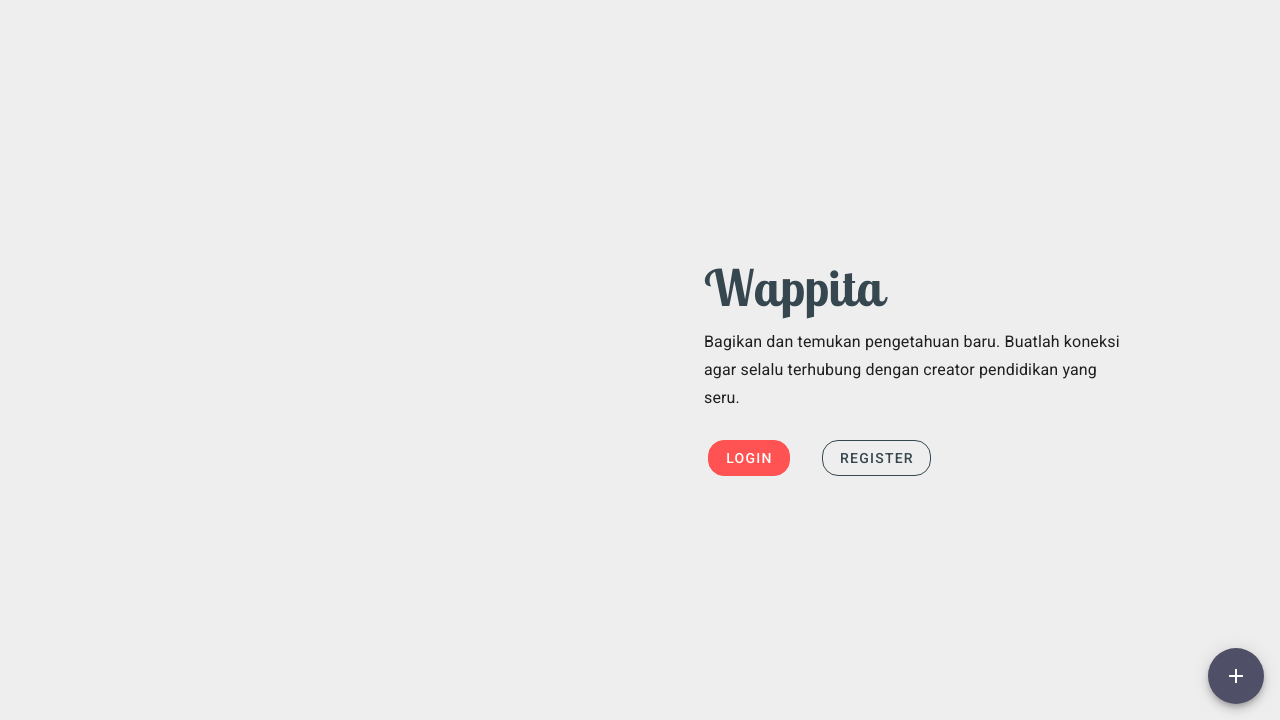
Repository: wildanpurnomo/kulia-fe
Page: /
An editor plug-in stored every save of this project. The page is shown before and after the next save, followed by the edit.
The browser window is 1280 px wide. The pictures show the whole page.
The page's requests for data from a server got no answer. The project was rebuilt for these pictures with package versions that can differ from the ones it lists, and the page was loaded fresh each time. No one was signed in, and anything a server would have sent is missing. Also part of the build but not shown: vue.config.js. Imported but missing from the stored project, and not drawn on this page: src/views/partials/main/MyProfile.vue.

Above is the page before, as saved 2020-11-27 22:50:29.

### src/router/index.js
import Vue from 'vue'
import VueRouter from 'vue-router'
import { landingRouter } from './landing.router'
import { authRouter } from './auth.router'
import { mainRouter } from './main.router'
import { fallbackRouter } from './404.router'

Vue.use(VueRouter)

const routes = [
  landingRouter,
  authRouter,
  mainRouter,
  fallbackRouter
]

const router = new VueRouter({
  mode: 'history',
  base: process.env.BASE_URL,
  routes
})

export default router

### src/store/index.js
import Vue from 'vue'
import Vuex from 'vuex'
import { auth } from './auth.store'
import { content } from './content.store'

Vue.use(Vuex)

export default new Vuex.Store({
  modules: {
    auth,
    content,
  }
})

### src/router/landing.router.js
export const landingRouter = {
    path: '/',
    name: 'Landing',
    component: () => import('@/views/Landing.vue')
}

### src/router/auth.router.js
export const authRouter = {
    path: '',
    component: () => import('@/views/Auth.vue'),
    children: [
        {
            path: '/login',
            name: 'Login',
            component: () => import('@/views/partials/auth/Login.vue')
        },
        {
            path: '/register',
            name: 'Register',
            component: () => import('@/views/partials/auth/Register.vue')
        }
    ]
}

### src/router/main.router.js
export const mainRouter = {
    path: '',
    component: () => import('@/views/Main.vue'),
    children:[
        {
            path: '/home',
            name: 'Home',
            component: () => import('@/views/partials/main/Home.vue')
        },
        {
            path:'/my-content',
            name: 'MyContent',
            component: () => import('@/views/partials/main/MyContent.vue')
        },
        {
            path:'/add-content',
            name: 'AddContent',
            component: () => import('@/views/partials/main/AddContent.vue')
        },
        {
            path:'/edit-content/:contentId',
            name: 'EditContent',
            component: () => import('@/views/partials/main/AddContent.vue')
        },
        {
            path:'/my-profile',
            name: 'MyProfile',
            component: () => import('@/views/partials/main/MyProfile.vue')
        },
        {
            path:'/my-following',
            name: 'MyFollowing',
            component: () => import('@/views/partials/main/MyFollowing.vue')
        }
    ]
}

### src/router/404.router.js
export const fallbackRouter = {
    path: '*',
    name: 'Fallback',
    component: () => import('@/views/404.vue')
}

### src/store/auth.store.js
import AuthService from '@/services/auth.service';
import UserModel from '@/models/user.model';

const initialAuthState = { userData: new UserModel() };

export const auth = {
    namespaced: true,
    state: initialAuthState,
    actions: {
        login({ commit }, userData) {
            return AuthService.login(userData)
                .then(
                    response => {
                        commit('authSuccess', response.data.data);
                        return Promise.resolve(response);
                    },
                    error => {
                        return Promise.reject(error);
                    }
                )
        },
        register({ commit }, userData) {
            return AuthService.register(userData)
                .then(
                    response => {
                        commit('authSuccess', response.data.data);
                        return Promise.resolve(response);
                    },
                    error => {
                        return Promise.reject(error);
                    }
                )
        },
        logout({ commit }) {
            return AuthService.logout()
                .then(
                    response => {
                        commit('logoutSuccess');
                        return Promise.resolve(response);
                    },
                    error => {
                        return Promise.reject(error);
                    }
                );
        },
        authenticate({ commit }) {
            return AuthService.authenticate()
                .then(
                    response => {
                        commit('authSuccess', response.data.data);
                        return Promise.resolve(response);
                    },
                    error => { return Promise.reject(error); }
                )
        },
    },
    mutations: {
        authSuccess(state, userData) {
            state.userData = userData;
        },
        logoutSuccess(state) {
            state.userData = initialAuthState.userData;
        },
    },
    getters: {
        userData: (state) => {
            return state.userData;
        }
    }
}

### src/store/content.store.js
import ContentService from '@/services/content.service';
import ContentModel from '@/models/content.model';

const initialContentState = {
    personalContentList: [],
    detailContent: new ContentModel()
};

export const content = {
    namespaced: true,
    state: initialContentState,
    actions: {
        getContentById({ commit }, contentId) {
            return ContentService.getContentById(contentId)
                .then(
                    response => {
                        commit('updateDetailContent', response.data.data);
                        return Promise.resolve(response);
                    },
                    error => {
                        return Promise.reject(error);
                    }
                )
        },
        getPersonalContent({ commit }) {
            return ContentService.getPersonalContent()
                .then(
                    response => {
                        commit('updatePersonalContentList', response.data.data);
                        return Promise.resolve(response);
                    },
                    error => {
                        return Promise.reject(error);
                    }
                );
        },
        getContentByCreatorId({ commit }, creatorId) {
            return ContentService.getContentByCreatorId(creatorId)
                .then(
                    response => {
                        commit('doNothing');
                        return Promise.resolve(response);
                    },
                    error => {
                        return Promise.reject(error);
                    }
                );
        },
        createContent({ commit }, contentData) {
            return ContentService.createContent(contentData)
                .then(
                    response => {
                        commit('updatePersonalContentList', response.data.data);
                        return Promise.resolve(response);
                    },
                    error => {
                        return Promise.reject(error);
                    }
                );
        },
        editContent({ commit }, contentData) {
            return ContentService.editContent(contentData)
                .then(
                    response => {
                        commit('updatePersonalContentList', response.data.data);
                        return Promise.resolve(response);
                    },
                    error => {
                        return Promise.reject(error);
                    }
                );
        },
        deleteContent({ commit }, contentId) {
            return ContentService.deleteContent(contentId)
                .then(
                    response => {
                        commit('updatePersonalContentList', response.data.data);
                        return Promise.resolve(response);
                    },
                    error => {
                        return Promise.reject(error);
                    }
                );
        },
        resetState({ commit }) {
            commit('resetState');
        }
    },
    mutations: {
        updateDetailContent(state, contentData) {
            state.detailContent = contentData;
        },
        updatePersonalContentList(state, contentList) {
            state.personalContentList = contentList;
        },
        resetState(state) {
            state.personalContentList = [],
            state.detailContent = new ContentModel()
        },
        doNothing() { }
    },
    getters: {
        personalContentList: (state) => {
            return state.personalContentList;
        },
        detailContent: (state) => {
            return state.detailContent;
        }
    }
}

### src/views/Landing.vue
<template>
<v-main class="grey lighten-3">
  <v-container fill-height>
    <v-row align="center">
      <v-col cols="6">
        <v-img src="../assets/image.png"></v-img>
      </v-col>
      <v-spacer></v-spacer>
      <v-col cols="6" class="pa-15">
        <v-card-title class="font blue-grey--text text--darken-3">
          Wappita
        </v-card-title>
        <v-card-text class="pt-2 text-subtitle-1" width="100">
          Bagikan dan temukan pengetahuan baru. Buatlah koneksi agar selalu terhubung dengan creator pendidikan yang seru.
        </v-card-text>
        <v-row class="pl-8 pt-6">
          <div class="mr-8">
            <v-btn
              class="white--text red accent-2 rounded-xl"
              outlined
              :to="{ name: 'Login' }"
              width=""
            >Login</v-btn>
          </div>
          <div>
            <v-btn
              class="blue-grey--text text--darken-3 rounded-xl"
              outlined
              :to="{ name: 'Register' }"
            >Register</v-btn>
          </div>
        </v-row>
      </v-col>
    </v-row>

   <div><AddContent /></div>
  </v-container>
</v-main>
</template>

<script>
import AddContent from "@/components/AddContent.vue";

export default {
  name: "Landing",
  components: {
    AddContent,
  },

  data: () => ({
    //
  }),
};
</script>
<style>
@import url('https://fonts.googleapis.com/css2?family=Lobster+Two:wght@700&display=swap');
.font{
  font-family: Lobster Two;
  font-size: 50px;
}
</style>

### src/services/auth.service.js
import BaseService from './base.service';

class AuthService extends BaseService {
    constructor() {
        super();
    }

    login(userData) {
        return this.sendAPIRequest('/auth/login', 'POST', userData);
    }

    register(userData) {
        return this.sendAPIRequest('/auth/register', 'POST', userData);
    }

    logout() {
        return this.sendAPIRequest('/auth/logout', 'POST');
    }

    authenticate() {
        return this.sendAPIRequest('/auth/authenticate', 'GET');
    }
}

export default new AuthService();

### src/models/user.model.js
export default class User {
    constructor() {
        this.username = '';
        this.password = '';
        this.passwordConfirmation = '';
        this.email = '';
    }
}

### src/services/content.service.js
import BaseService from './base.service';

class ContentService extends BaseService {
    constructor() {
        super();
    }

    getContentById(contentId) {
        return this.sendAPIRequest(`/content/${contentId}`, 'GET');
    }

    getPersonalContent() {
        return this.sendAPIRequest('/content/personal/me', 'GET');
    }

    getContentByCreatorId(creatorId) {
        return this.sendAPIRequest(`/content/by_creator/${creatorId}`, 'GET');
    }

    createContent(contentData) {
        return this.sendAPIRequest('/content', 'POST', contentData);
    }

    editContent(contentData) {
        return this.sendAPIRequest(`/content/edit/${contentData._id}`, 'PUT', contentData);
    }

    deleteContent(contentId) {
        return this.sendAPIRequest(`/content/delete/${contentId}`, 'DELETE');
    }
}

export default new ContentService();

### src/models/content.model.js
export default class ContentModel {
    constructor(title = '', description = '') {
        this.title = title;
        this.description = description;
    }
}

### src/components/AddContent.vue
<template>
<v-container>
  <v-fab-transition>
    <v-btn
      fab
      medium
      dark
      bottom
      right
      fixed
      :color="colorTheme"
      :to="{ name: 'Login' }"
    >
      <v-icon>mdi-plus</v-icon>
    </v-btn>
  </v-fab-transition>
</v-container>
</template>

<script>

export default {
    name: "Content",
    data: () => ({
       colorTheme: "#4F4F68"
    })
}
</script>

### src/services/base.service.js
import axios from 'axios';

export default class BaseService {
    constructor() {
        this.baseUrl = process.env.VUE_APP_API_BASE_URL;
        //this.baseUrl = 'http://localhost:3000/api';
    }

    sendAPIRequest(endpoint, method = 'GET', requestBody = null) {
        requestBody = requestBody === null ? {} : requestBody;
        let result;
        if (method === 'GET') {
            result = axios.get(`${this.baseUrl}${endpoint}`, { params: requestBody });
        } else if (method === 'POST') {
            result = axios.post(`${this.baseUrl}${endpoint}`, requestBody);
        } else if (method === 'PUT') {
            result = axios.put(`${this.baseUrl}${endpoint}`, requestBody);
        } else if (method === 'DELETE') {
            result = axios.delete(`${this.baseUrl}${endpoint}`, requestBody);
        }
        return result
            .then(
                response => {
                    this.logResponseIfDebug(endpoint, response.data);
                    return response;
                }
            );
    }

    logResponseIfDebug(endpoint, responseData) {
        if (process.env.NODE_ENV === 'development') {
            console.log(`Response from ${endpoint}`, responseData);
        }
    }
}

Loaded but not shown: public/index.html (common file); src/main.js (common file); src/App.vue (common file); src/registerServiceWorker.js (common file); src/plugins/vuetify.js (common file)

After the next save:
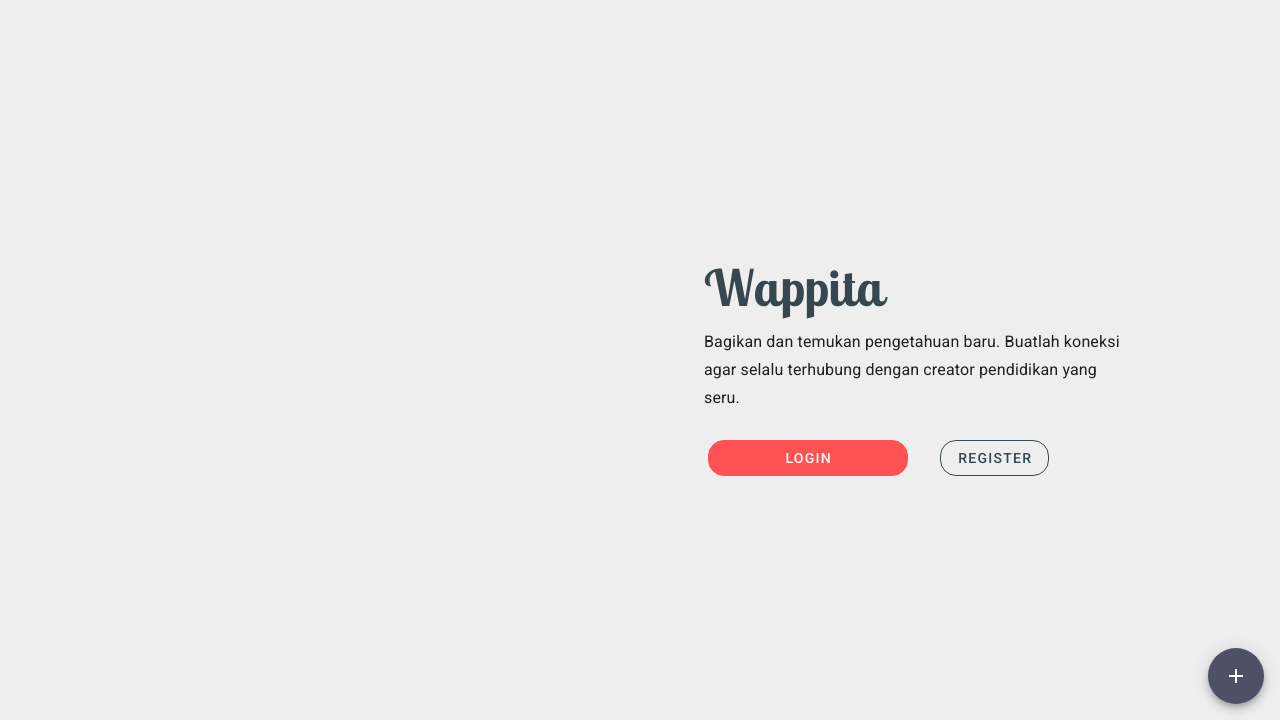
Saved 17 s later.
--- a/src/views/Landing.vue
+++ b/src/views/Landing.vue
@@ -19,7 +19,7 @@
               class="white--text red accent-2 rounded-xl"
               outlined
               :to="{ name: 'Login' }"
-              width=""
+              width="200"
             >Login</v-btn>
           </div>
           <div>
